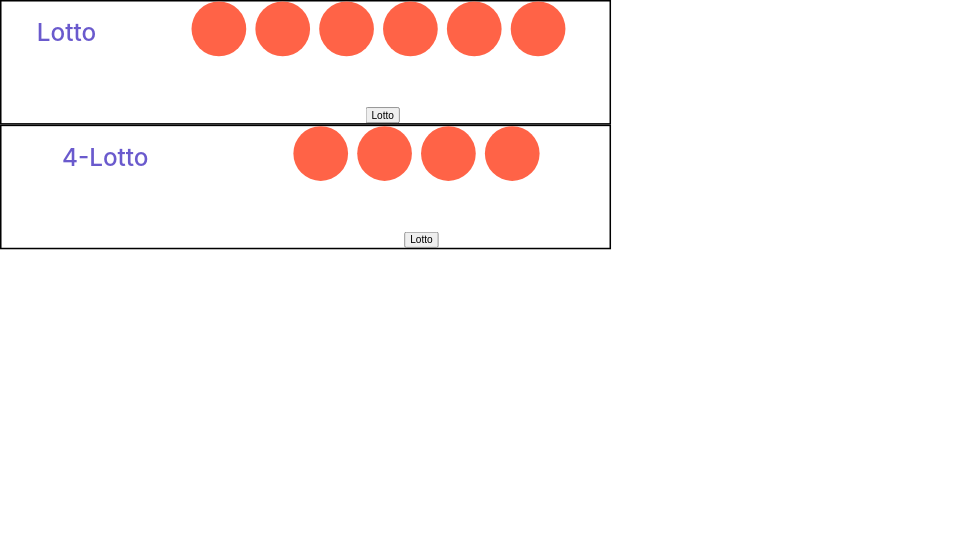
Repository: dung8466/learn-react
Page: / (app in lottery/)
An editor plug-in stored every save of this project. The page is shown before and after the next save, followed by the edit.
The browser window is 1280 px wide. The pictures show the whole page, at 76% of full size.
The project was rebuilt for these pictures with package versions that can differ from the ones it lists, and the page was loaded fresh each time.

Above is the page before, as saved 2022-09-18 21:05:05.

### lottery/src/App.js
import React, {Component} from 'react';
import './App.css';
import Lotto from './Lotto';
class App extends Component{
  render(){
    return (
      <div className="App">
        <Lotto />
        <Lotto title='4-Lotto' numBall={4} maxNum={10}/>
      </div>
    );
  }
}

export default App;

### lottery/src/Lotto.js
import React, {Component} from "react";
import './Lotto.css';
import LotteryBall from "./LotteryBall";

class Lotto extends Component{
    static defaultProps = {
        title : 'Lotto',
        numBall : 6,
        maxNum: 99
    }
    constructor(props){
        super(props);
        this.state = {nums : Array.from({length: this.props.numBall}) };
        this.generate = this.generate.bind(this);
    }
    generate(){
        this.setState(curSt => ({
            nums: curSt.nums.map(num => num = Math.floor(Math.random() * this.props.maxNum)),
        }))
    }
    render(){
        return(
            <div className="lotto">
                <h1>{this.props.title}</h1>
                <div className="ballDisplay">
                    {this.state.nums.map(b => (
                        <LotteryBall nums={b}/>
                    ))}
                </div>
                <button onClick={this.generate}>Lotto</button>
            </div>
        );
    }
}

export default Lotto;

### lottery/src/Lotto.css
.lotto{
    display: flex;
    flex-direction: column;
    justify-content: space-between;
    align-items: center;
    flex-wrap: wrap;
    gap: 2em;
    border: 2px solid black;
    width: 50em;
    height: 10em;
}

.lotto h1{
    font-size: 2em;
    font-weight: 500;
    color: slateblue;
}

### lottery/src/LotteryBall.js
import React, {Component} from "react";
import './LotteryBall.css';

class LotteryBall extends Component{
    render(){
        return(
            <div className="ball">{this.props.nums}</div>
        );
    }
}

export default LotteryBall;

### lottery/src/LotteryBall.css
.ball{
    display: inline-block;
    background-color: tomato;
    color: white;
    border-radius: 50%;
    width: 3em;
    height: 2.25em;
    text-align: center;
    padding-top: 0.75em;
    margin-right: 0.5em;
    font-weight: bold;
    font-size: 1.5em;
}

Loaded but not shown: lottery/public/index.html (common file); lottery/src/index.js (common file); lottery/src/index.css (common file); lottery/src/reportWebVitals.js (common file); lottery/src/App.css (common file)

After the next save:
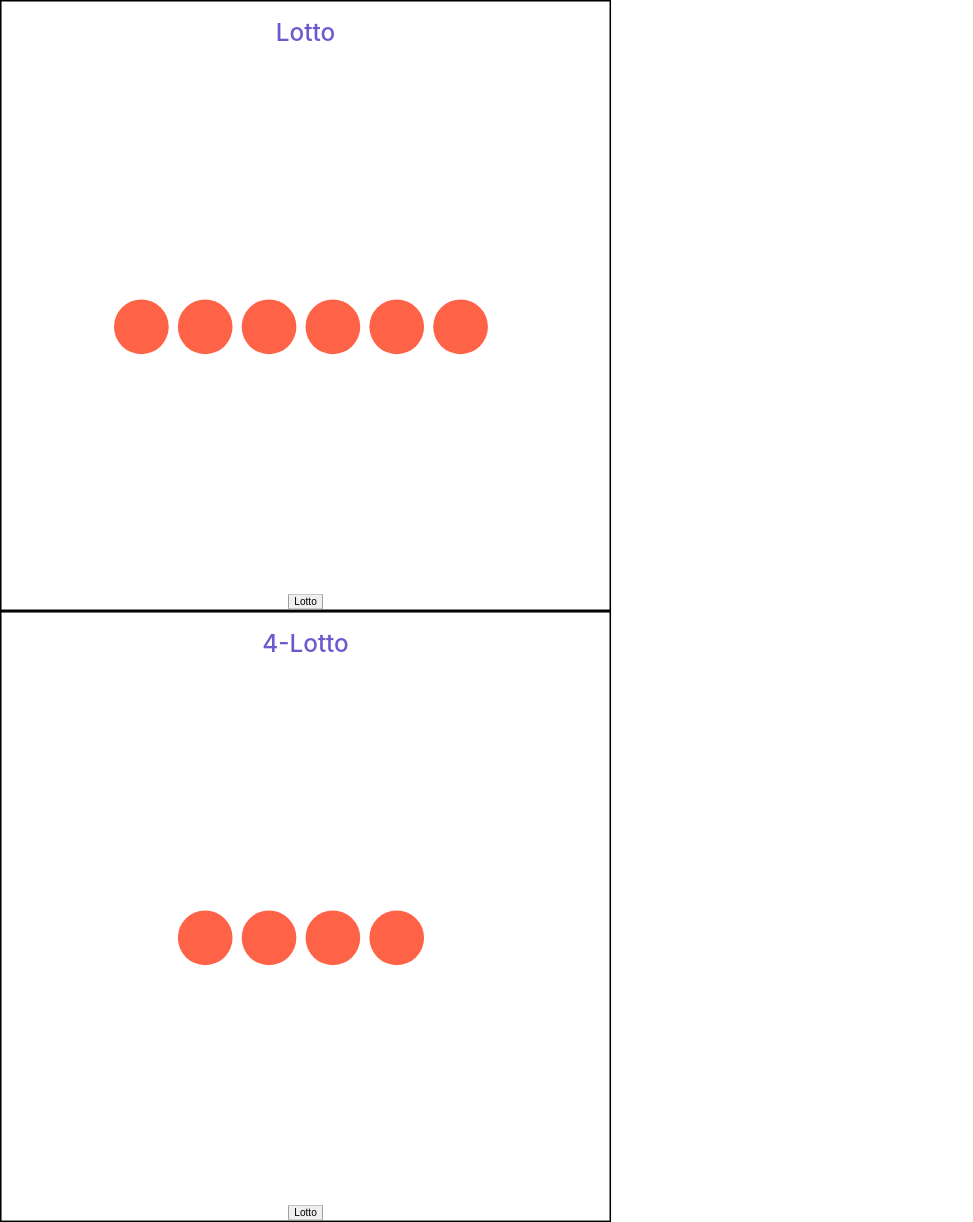
Saved 4 s later.
--- a/lottery/src/Lotto.css
+++ b/lottery/src/Lotto.css
@@ -7,7 +7,7 @@
     gap: 2em;
     border: 2px solid black;
     width: 50em;
-    height: 10em;
+    height: 50em;
 }
 
 .lotto h1{
